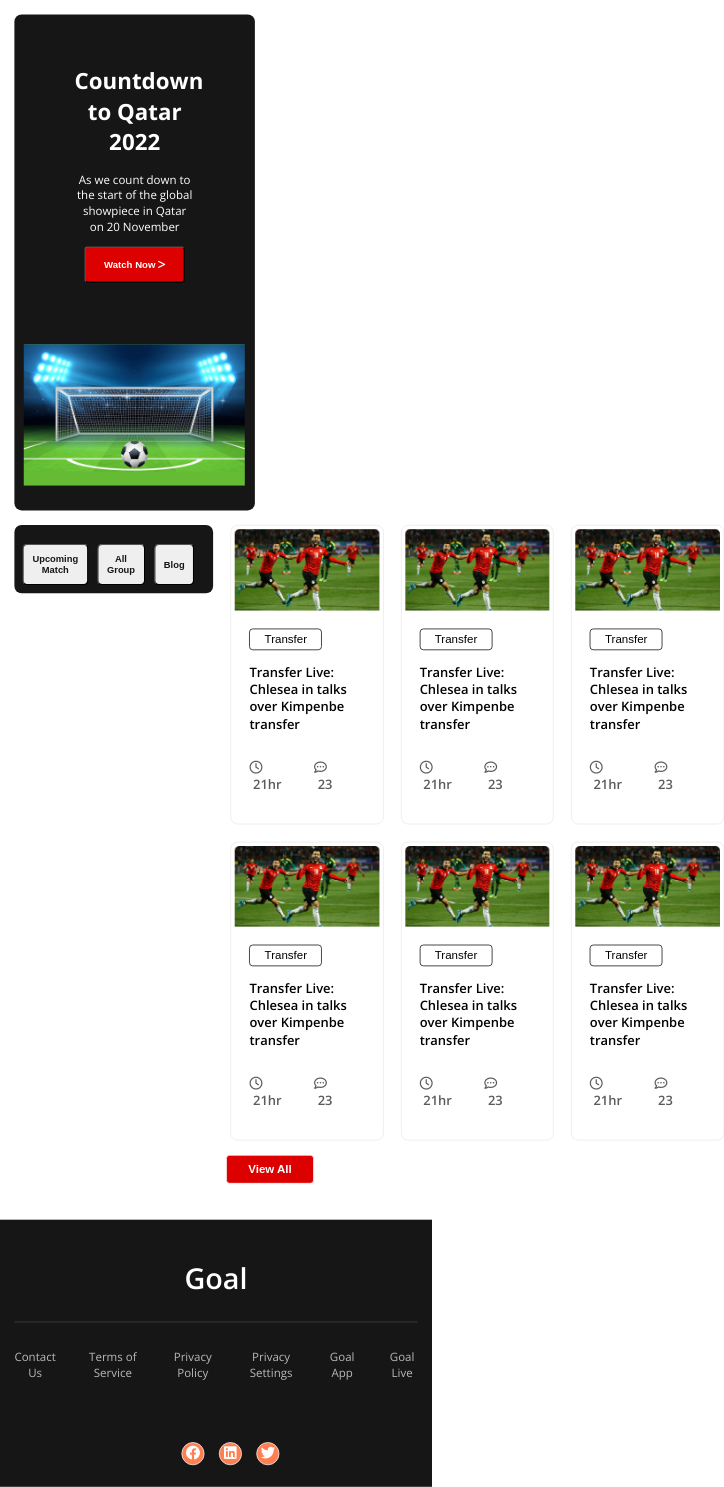
Repository: zjria/Qatar-world-cup
Page: index.html
These files come from the project's save history. The page is drawn as it stood at one moment and after the next save; the edit follows.
The browser window is 600 px wide. The page is 1006 px wide, then 750 px, so the pictures cover 1006 px, including what lies to the right of the window. The pictures show the whole page, at 72% of full size.

Above is the page before, as saved 2022-09-11 10:13:27.

After the next save:
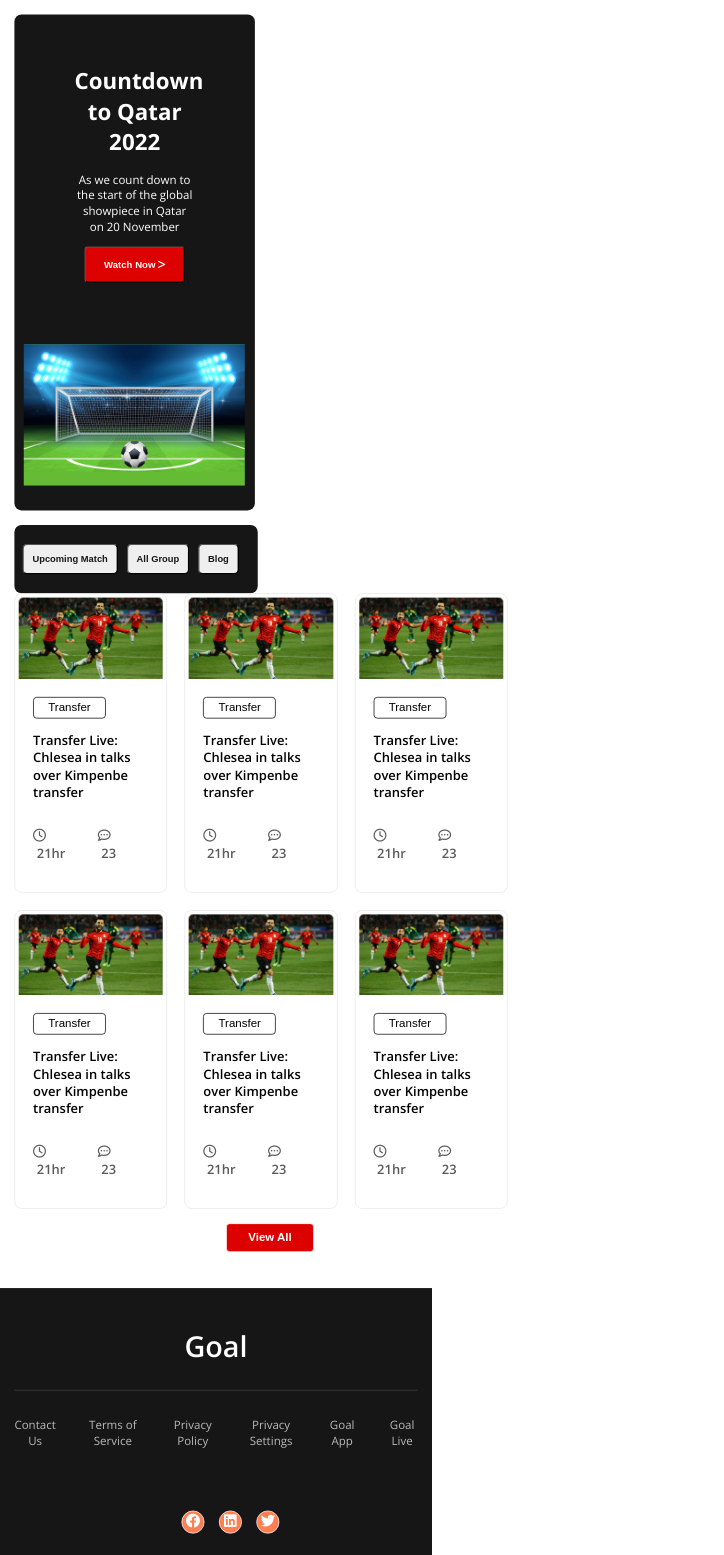
Saved 52 s later.
--- a/style.css
+++ b/style.css
@@ -340,4 +340,10 @@
         height: 55px;
         padding: 20px;
     }
-}
+
+    .nav-container {
+        display: flex;
+        margin: 20px;
+        flex-direction: column;
+    }
+}
